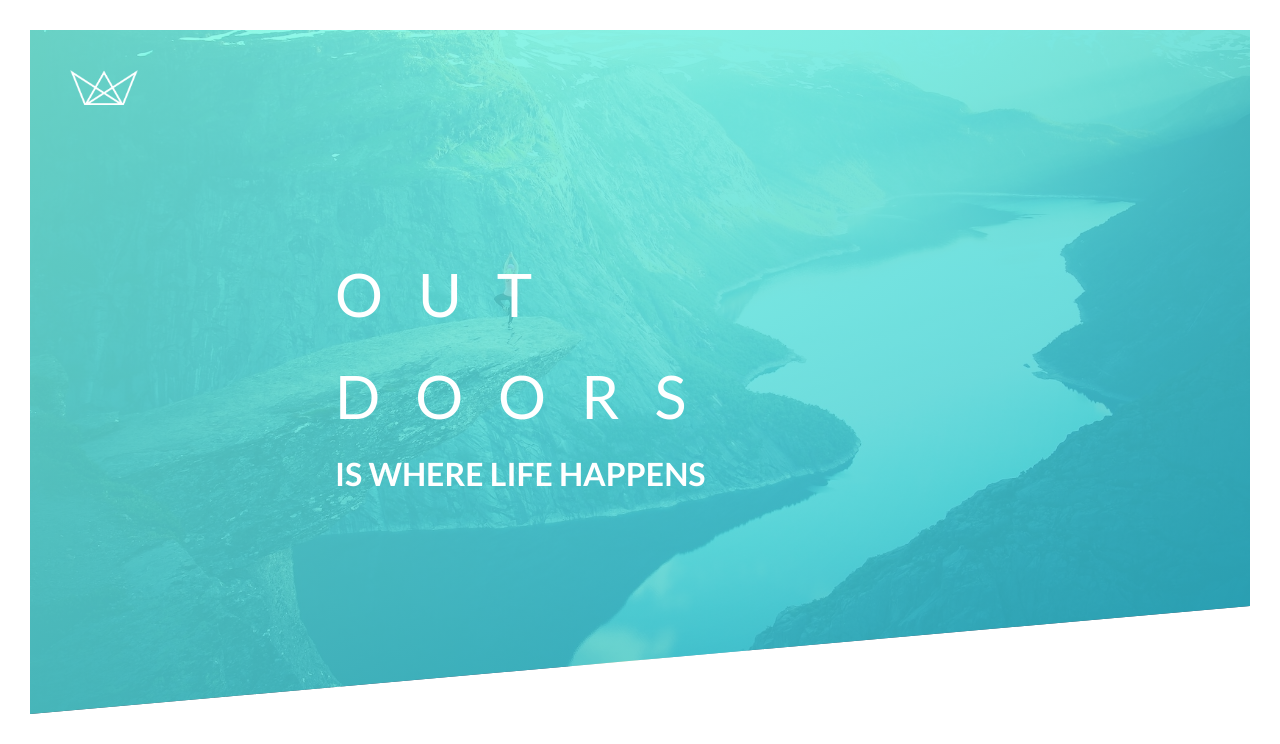
Repository: haokiet2501/natours-page
Page: index.html
The author's editor kept a copy of each file at every save. The page is drawn from the files as they stood at one save, then again after a run of saves.
The browser window is 1280 px wide. The pictures show the whole page.

Above is the page before, as saved 2022-07-31 17:11:02.

After the next 3 saves:
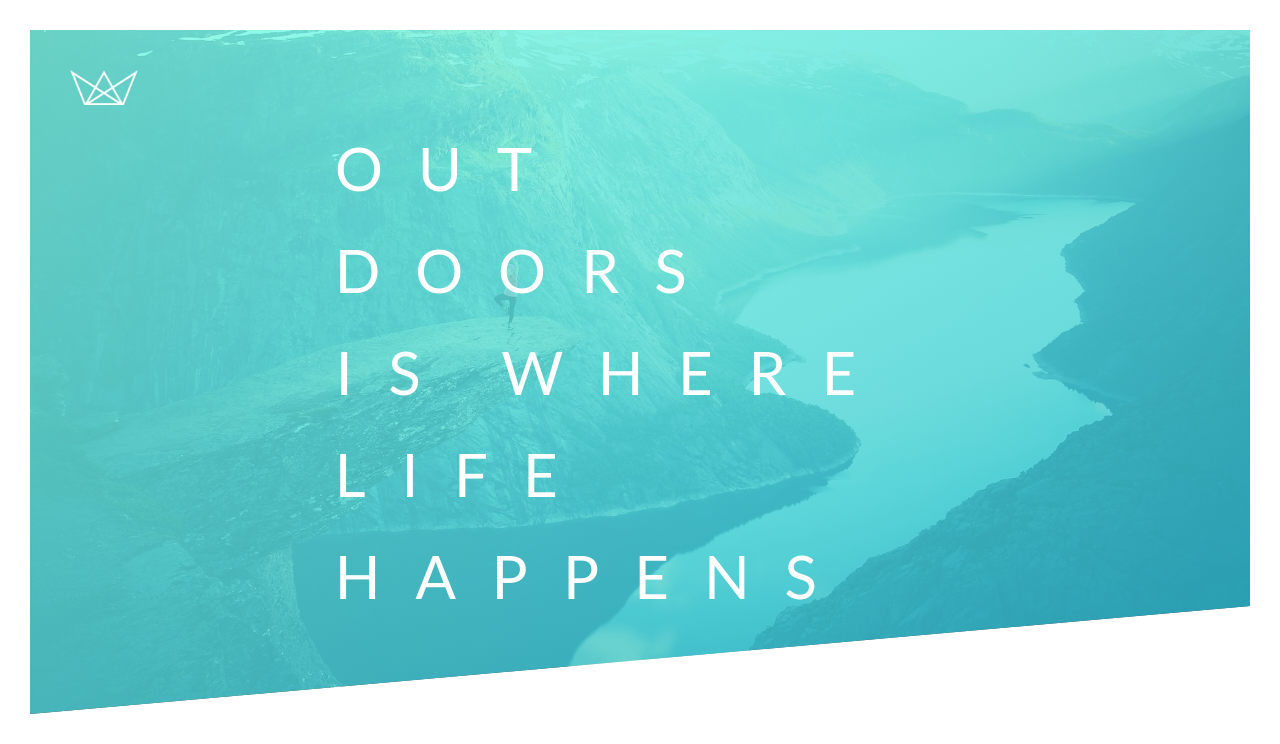
The 3 saves are shown as one change because they came seconds apart.
The last was saved 58 s later.
--- a/styles.css
+++ b/styles.css
@@ -66,3 +66,10 @@ html {
     font-weight: 400;
     letter-spacing: 35px;
 }
+
+.heading-subtext {
+    display: block;
+    font-size: 60px;
+    font-weight: 400;
+    letter-spacing: 35px;
+}
